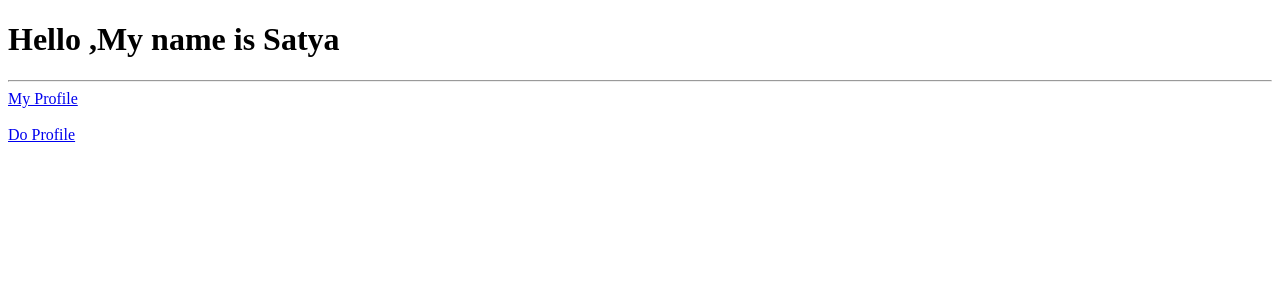
Repository: theplaygod97/Deloitte
Page: Day 16/SpringMVCDemo1/WebContent/index.html
An editor plug-in stored every save of this project. The page is shown before and after the next save, followed by the edit.
The browser window is 1280 px wide. The pictures show the whole page.

Above is the page before, as saved 2020-01-13 09:19:18.

### Day 16/SpringMVCDemo1/WebContent/index.html
<!DOCTYPE html>
<html>
<head>
<meta charset="ISO-8859-1">
<title>Insert title here</title>
</head>
<body>
<h1>Hello ,My name is Satya</h1>
<hr>
<a href="profile.html">My Profile</a>
<br/><br/>
<a href="profile.do">Do Profile</a>
</body>
</html>

After the next save:
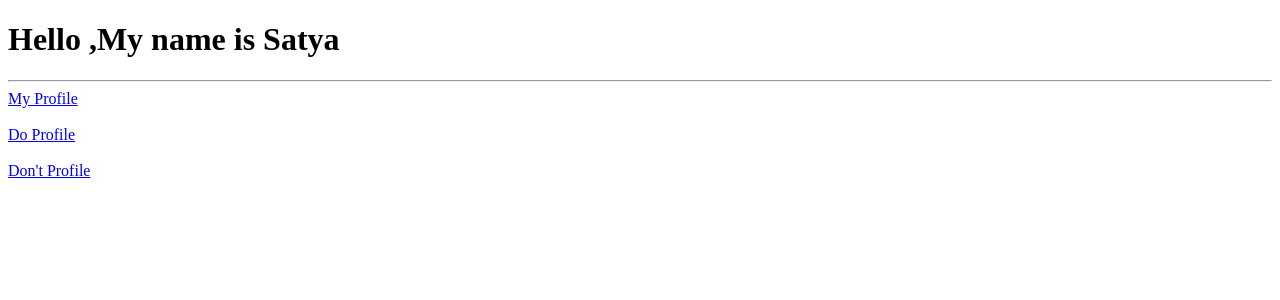
Saved 2 min 1 s later.
--- a/Day 16/SpringMVCDemo1/WebContent/index.html
+++ b/Day 16/SpringMVCDemo1/WebContent/index.html
@@ -9,6 +9,8 @@
 <hr>
 <a href="profile.html">My Profile</a>
 <br/><br/>
-<a href="profile.do">Do Profile</a>
+<a href="doprofile.do">Do Profile</a>
+<br/><br/>
+<a href="dontprofile.do">Don't Profile</a>
 </body>
 </html>
